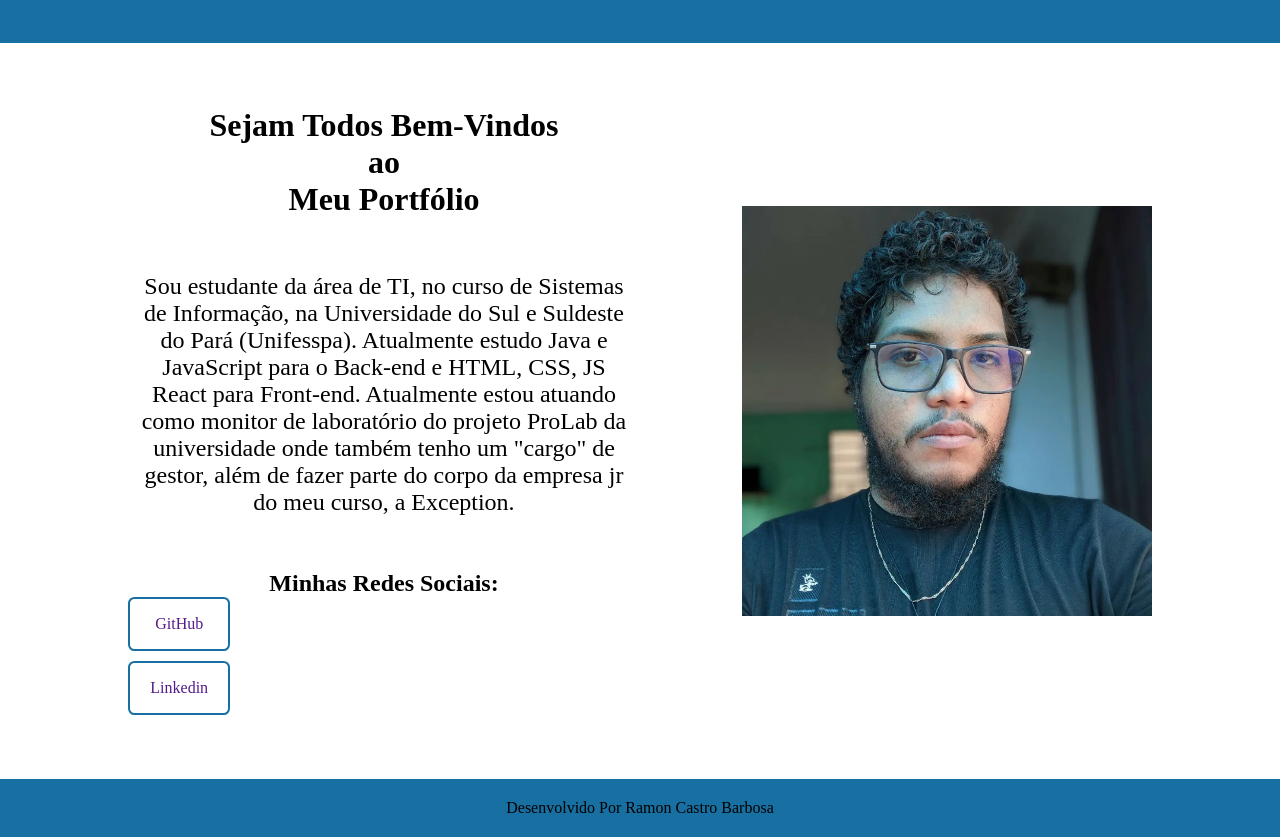
Repository: ramoncbarbosa/Web1_Atividade2
Page: index.html
An editor plug-in stored every save of this project. The page is shown before and after a run of saves, followed by the edit.
The browser window is 1280 px wide. The pictures show the whole page.

Above is the page before, as saved 2023-06-10 16:39:07.

After the next 2 saves:
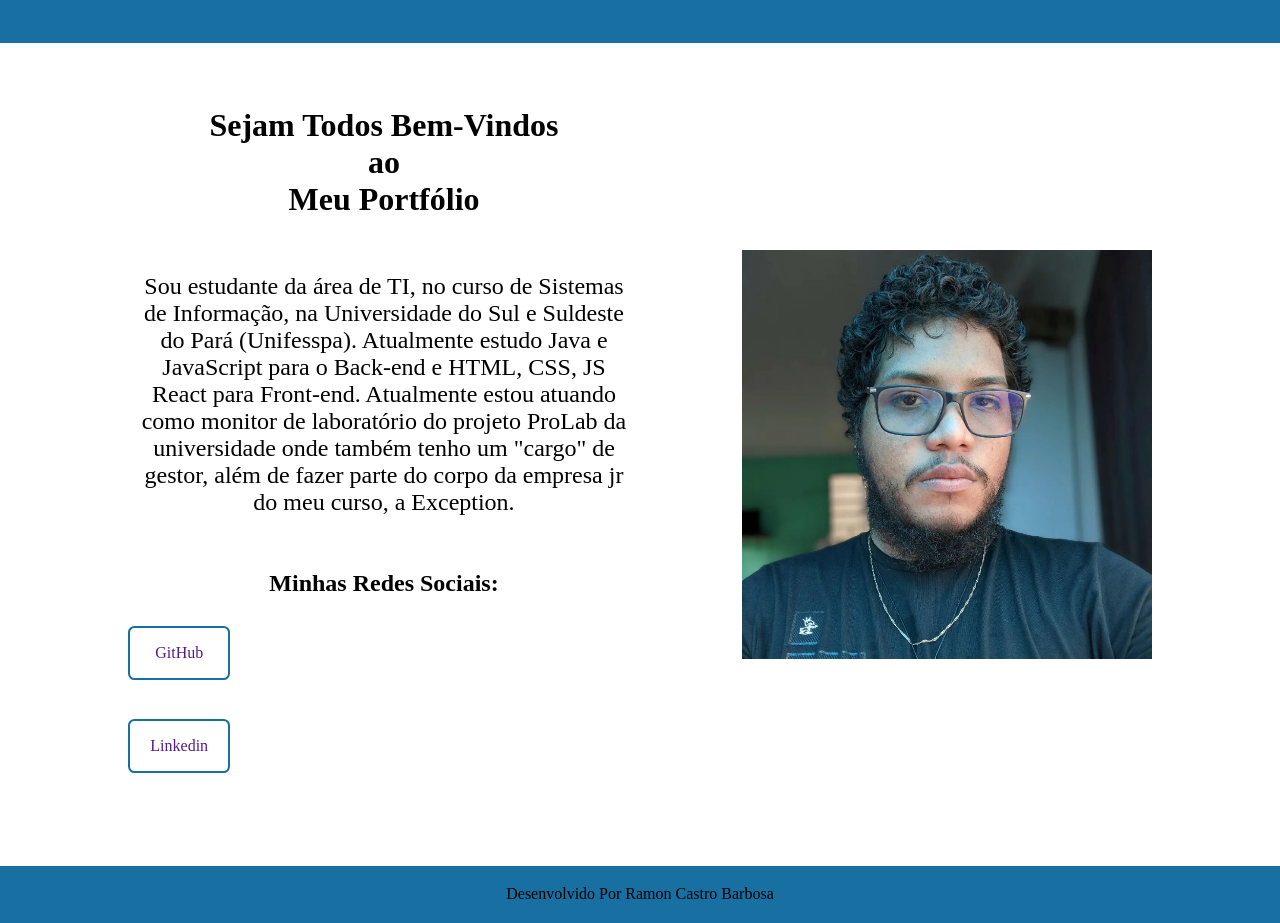
The 2 saves are shown as one change because they came seconds apart.
The last was saved 12 s later.
--- a/index.html
+++ b/index.html
@@ -21,10 +21,11 @@
                 Sou estudante da área de TI, no curso de Sistemas de Informação, na Universidade do Sul e Suldeste do Pará (Unifesspa). Atualmente estudo Java e JavaScript para o Back-end e HTML, CSS, JS React para Front-end.
                     Atualmente estou atuando como monitor de laboratório do projeto ProLab da universidade onde também tenho um "cargo" de gestor, além de fazer parte do corpo da empresa jr do meu curso, a Exception.
             </p>
-            <div class="princiapl__links">
-                <h2 class="secundario__titulo">Minhas Redes Sociais:</h2>
+            <h2 class="secundario__titulo">Minhas Redes Sociais:</h2>
                 <a target="_blank" id="github" href=""><img src="" alt="">GitHub</a>
                 <a target="_blank" id="linkedin" href=""><img src="" alt="">Linkedin</a>
+            <div class="princiapl__links">
+
             </div>
         </section>
             <img class="imagem" src="./img/perfil.jpg" alt="">

After the save that followed:
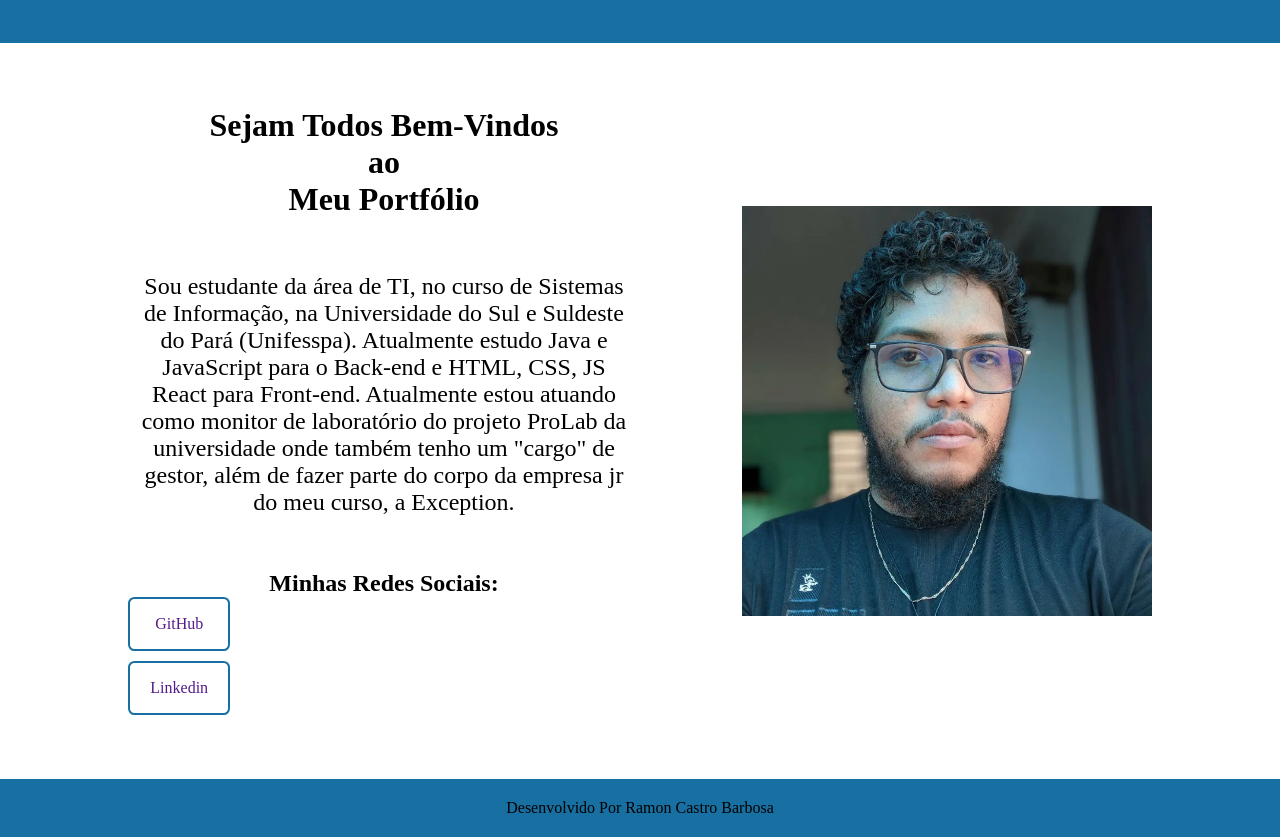
Saved 22 s later.
--- a/index.html
+++ b/index.html
@@ -21,11 +21,10 @@
                 Sou estudante da área de TI, no curso de Sistemas de Informação, na Universidade do Sul e Suldeste do Pará (Unifesspa). Atualmente estudo Java e JavaScript para o Back-end e HTML, CSS, JS React para Front-end.
                     Atualmente estou atuando como monitor de laboratório do projeto ProLab da universidade onde também tenho um "cargo" de gestor, além de fazer parte do corpo da empresa jr do meu curso, a Exception.
             </p>
-            <h2 class="secundario__titulo">Minhas Redes Sociais:</h2>
+            <div class="princiapl__links">
+                <h2 class="secundario__titulo">Minhas Redes Sociais:</h2>
                 <a target="_blank" id="github" href=""><img src="" alt="">GitHub</a>
                 <a target="_blank" id="linkedin" href=""><img src="" alt="">Linkedin</a>
-            <div class="princiapl__links">
-
             </div>
         </section>
             <img class="imagem" src="./img/perfil.jpg" alt="">
